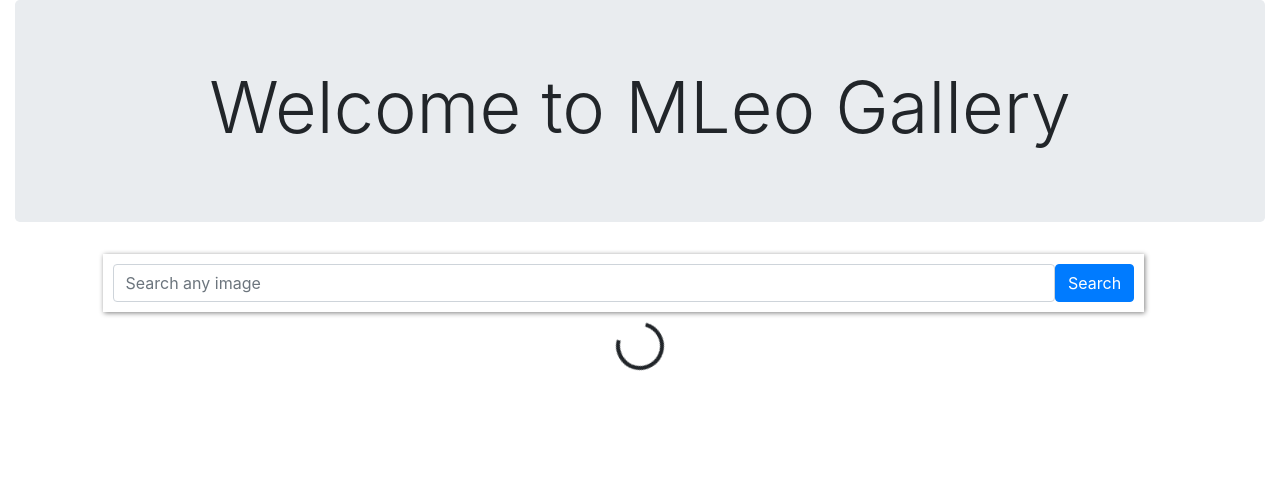
Repository: the-manohar/gallery
Page: /
An editor plug-in stored every save of this project. The page is shown before and after the next save, followed by the edit.
The browser window is 1280 px wide. The pictures show the whole page.
The project was rebuilt for these pictures with package versions that can differ from the ones it lists, and the page was loaded fresh each time.

Above is the page before, as saved 2020-06-18 23:30:51.

### src/index.js
import React from "react";
import ReactDOM from "react-dom";
import "./index.css";
import "bootstrap/dist/css/bootstrap.css";
import App from "./App";
import * as serviceWorker from "./serviceWorker";

ReactDOM.render(
  <React.StrictMode>
    <App />
  </React.StrictMode>,
  document.getElementById("root")
);

// If you want your app to work offline and load faster, you can change
// unregister() to register() below. Note this comes with some pitfalls.
// Learn more about service workers: https://bit.ly/CRA-PWA
serviceWorker.unregister();

### src/App.js
import React, { useState } from "react";
import { Button, InputGroup, Input, Jumbotron, Spinner } from "reactstrap";

import "./App.css";

function App() {
  const [value, setValue] = useState("");
  const [result, setResult] = useState([]);
  const fetchImages = () => {
    fetch(
      `https://api.unsplash.com/search/photos/?client_id=V38aA4zOjg1Xb1lBpNRUAK8duXvqwhDHHJbssXB_Pps&query=${value}&orientation=squarish&per_page=18`
    )
      .then((res) => res.json())
      .then((data) => {
        setResult(data.results);
      });
  };
  return (
    <div className="App col-sm-12">
      <Jumbotron>
        <h1 className="display-3">Welcome to MLeo Gallery</h1>
      </Jumbotron>
      <div className="mydiv col-sm-12 col-md-10">
        <InputGroup>
          <Input
            placeholder="Search any image"
            value={value}
            onChange={(event) => setValue(event.target.value)}
          />
        </InputGroup>
        <Button color="primary" onClick={() => fetchImages()}>
          Search
        </Button>
      </div>

      {result.length > 0 ? (
        <div className="col-sm-8 col-xs-7">
          {result.map((item) => {
            return (
              <img
                className=" img-thumbnail"
                key={item.id}
                src={item.urls.small}
                alt={item.urls.small}
              />
            );
          })}
        </div>
      ) : (
        <Spinner style={{ width: "3rem", height: "3rem" }} />
      )}
    </div>
  );
}

export default App;

//

### src/App.css
.App {
  text-align: center;
}
.mydiv {
  display: flex;
  justify-content: space-around;
  margin: 10px 7%;
  box-shadow: 1px 1px 5px grey;
  padding: 10px;
}

.gallery {
  display: flex;
  flex-wrap: wrap;
  justify-content: space-around;
}
.item {
  width: 30%;
  margin: 5px;
}

Loaded but not shown: public/index.html (common file); src/index.css (common file); src/serviceWorker.js (common file)

After the next save:
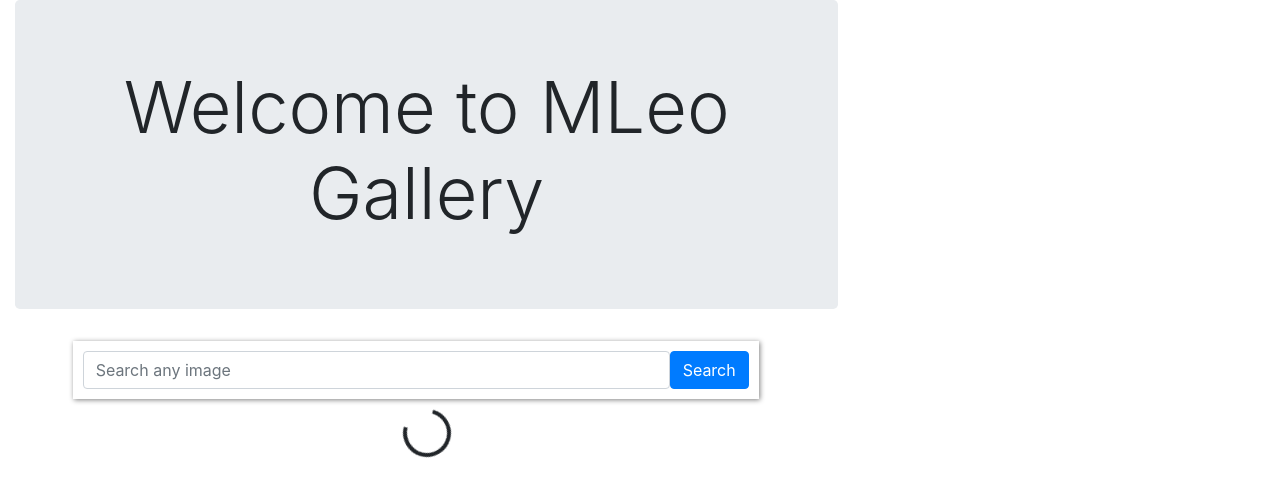
Saved 34 s later.
--- a/src/App.js
+++ b/src/App.js
@@ -16,7 +16,7 @@ function App() {
       });
   };
   return (
-    <div className="App col-sm-12">
+    <div className="App col-sm-8">
       <Jumbotron>
         <h1 className="display-3">Welcome to MLeo Gallery</h1>
       </Jumbotron>
@@ -34,7 +34,7 @@ function App() {
       </div>
 
       {result.length > 0 ? (
-        <div className="col-sm-8 col-xs-7">
+        <div className="col-sm-12">
           {result.map((item) => {
             return (
               <img
